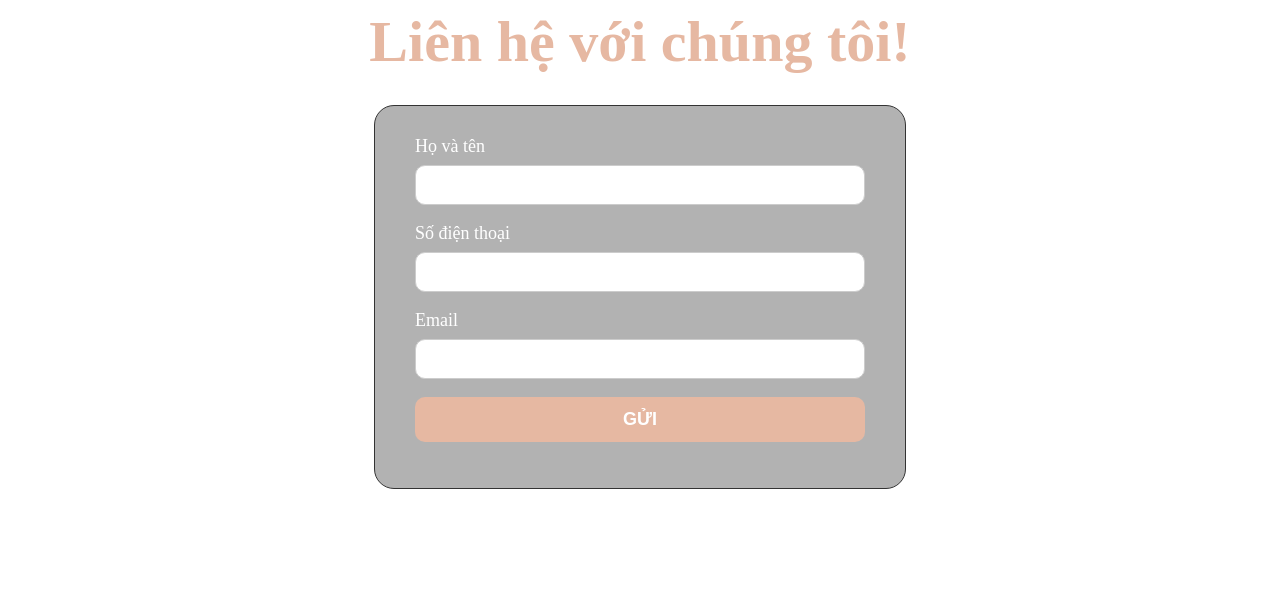
Repository: mingbeo100-boop/website_bancheonline
Page: http://localhost/pages/lienhe.php
The author's editor kept a copy of each file at every save. The page is drawn from the files as they stood at one save, then again after the next save.
The browser window is 1280 px wide. The pictures show the whole page.
The page is run by PHP 8.4 with error messages shown; the project is at /var/www/html/.

Above is the page before, as saved 2025-11-27 08:10:24.

After the next save:
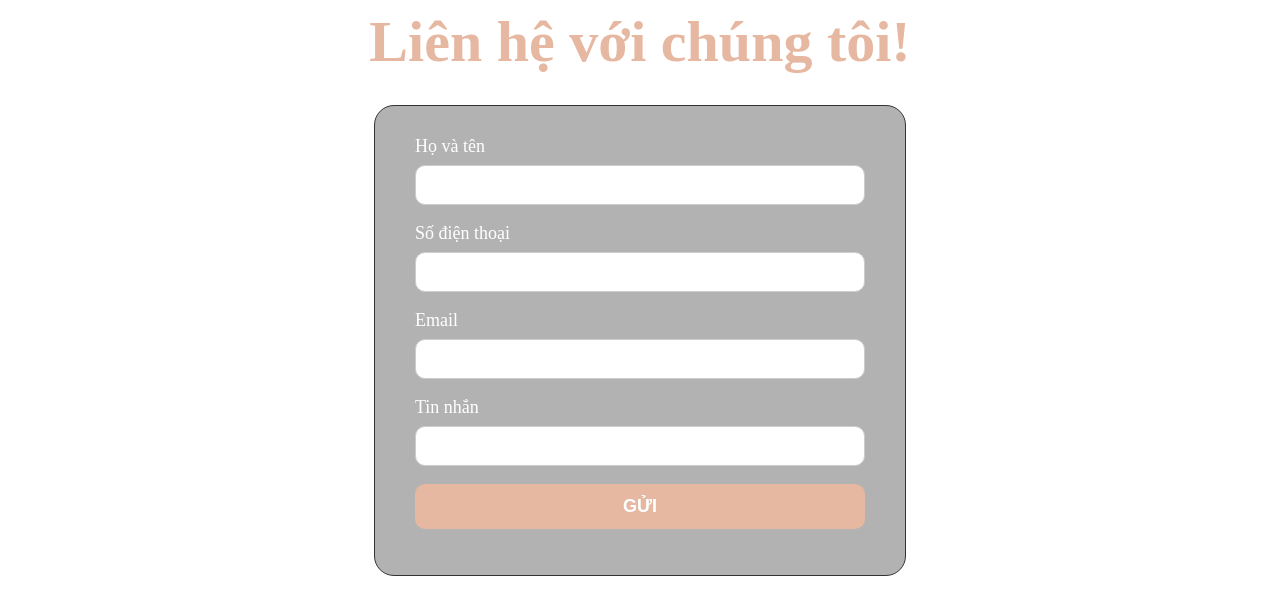
Saved 2 min 37 s later.
--- a/pages/lienhe.php
+++ b/pages/lienhe.php
@@ -70,6 +70,9 @@
         <label>Email</label>
         <input type="email" name="email" required>
 
+        <label>Tin nhắn</label>
+        <input type="textarea" name="message" required>
+
         <button type="submit">GỬI</button>
     </form>
 </div>
